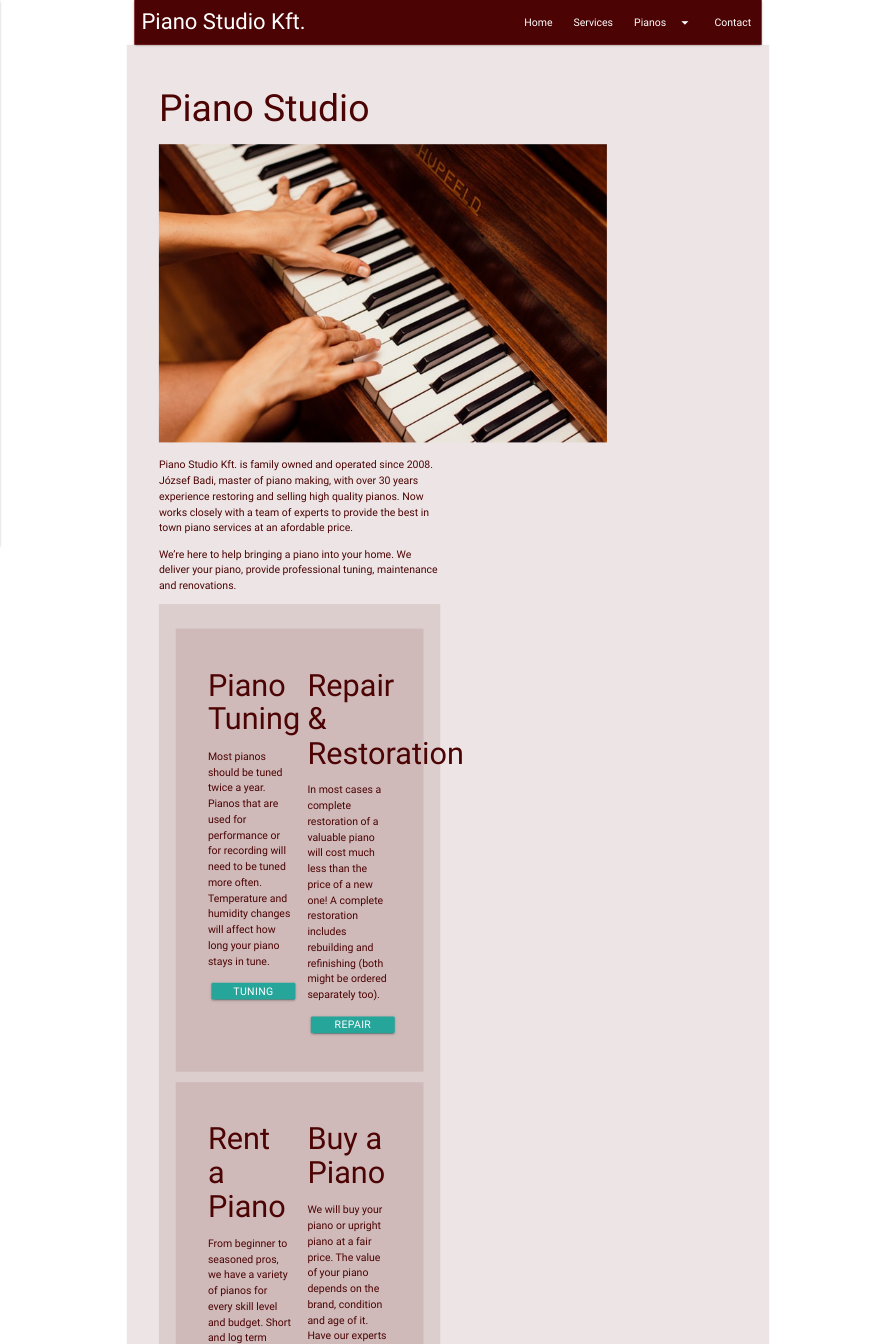
Repository: badiattila/pianostudioheroku
Page: http://localhost/
The author's editor kept a record of every edit. The page is drawn from the files as they stood at one moment, then again after the next edit.
The browser window is 1280 px wide. The pictures show the part of the page from y = 0 to 1920 px (the page is 2814 px tall before and 2056 px after), at 70% of full size.
Some web libraries are served in a nearby version. The page is served by the project's application, run on Flask 3 (app.py).

Above is the page before.

After the next edit:
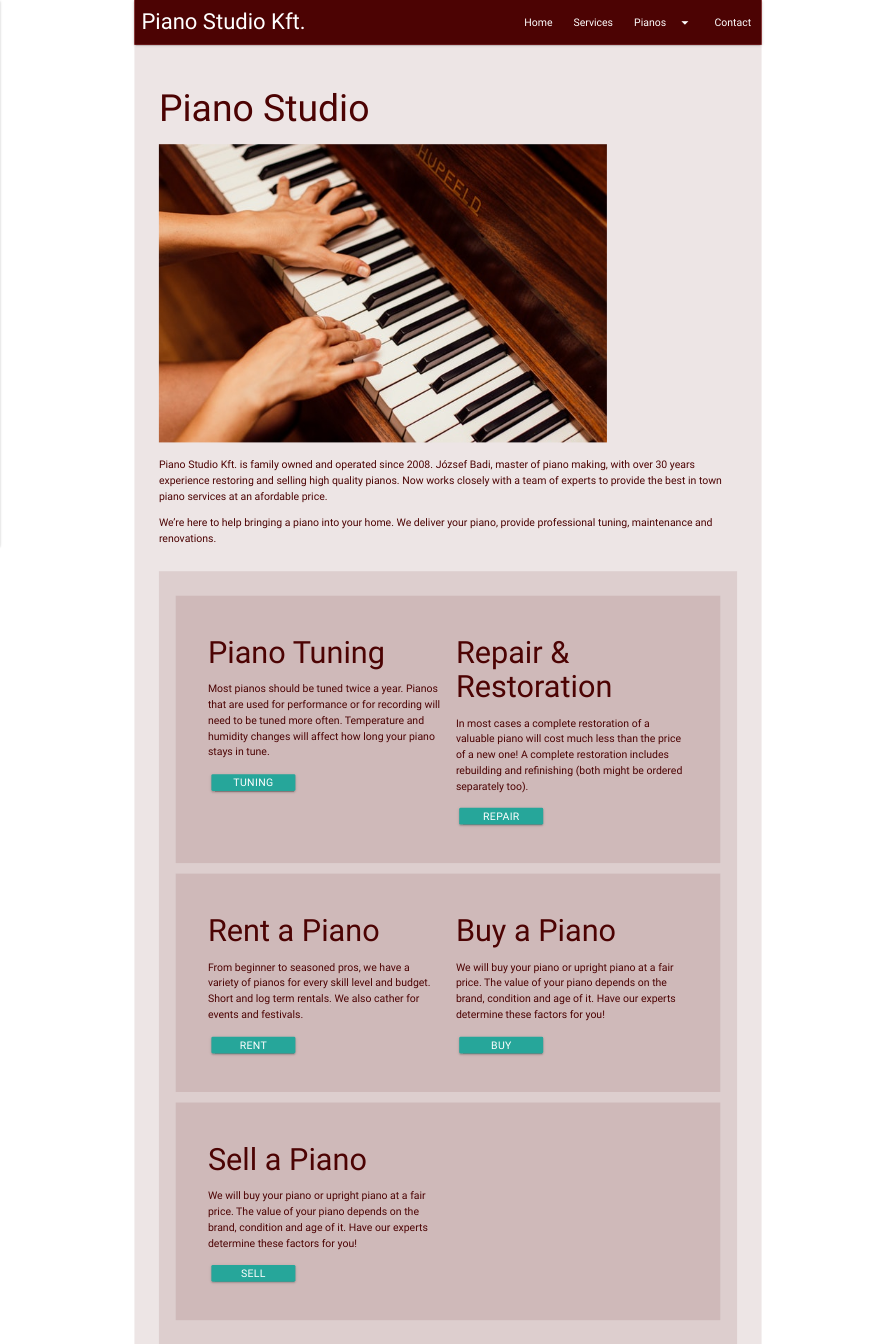
The edit:
--- a/templates/index.html
+++ b/templates/index.html
@@ -1,13 +1,16 @@
 {% extends 'base.html' %} {% block content %}
 
-    <div class="row op">
-        <div class="col s6">
-<div class="intro">
-    <h2>Piano Studio</h2>
-    <img src="{{url_for('static', filename='pictures/4k-wallpaper-close-up-fingers-1246437.jpg')}}" alt="Piano Studio" />
-    <p>Piano Studio Kft. is family owned and operated since 2008. József Badi, master of piano making, with over 30 years experience restoring and selling high quality pianos. Now works closely with a team of experts to provide the best in town piano services
-        at an afordable price.</p>
-    <p>We’re here to help bringing a piano into your home. We deliver your piano, provide professional tuning, maintenance and renovations.</p>
+<div class="op">
+<div class="row">
+    <div class="col s12">
+        <div class="intro">
+            <h2>Piano Studio</h2>
+            <img src="{{url_for('static', filename='pictures/4k-wallpaper-close-up-fingers-1246437.jpg')}}" alt="Piano Studio" />
+            <p>Piano Studio Kft. is family owned and operated since 2008. József Badi, master of piano making, with over 30 years experience restoring and selling high quality pianos. Now works closely with a team of experts to provide the best in town piano
+                services at an afordable price.</p>
+            <p>We’re here to help bringing a piano into your home. We deliver your piano, provide professional tuning, maintenance and renovations.</p>
+        </div>
+    </div>
 </div>
 <div class="op">
     <div class="row op">
